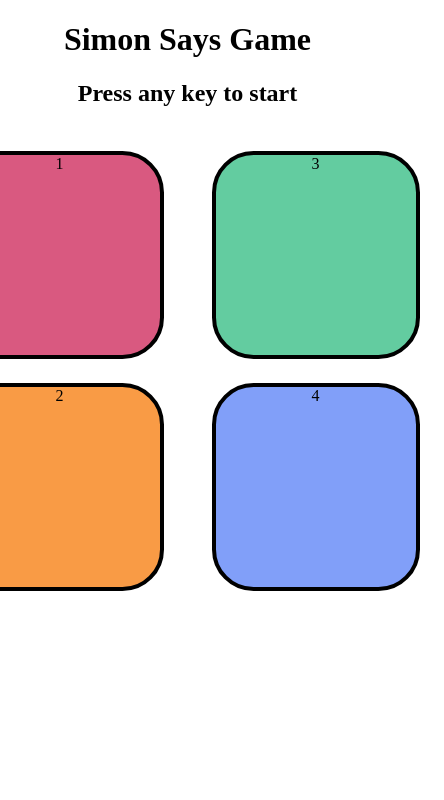
Repository: faizann09/Simon-Game
Page: simon.html
The author's editor kept a copy of each file at every save. The page is drawn from the files as they stood at one save, then again after the next save.
The browser window is 375 px wide. The page is 444 px wide, then 375 px, so the pictures cover 444 px, including what lies to the right of the window. The pictures show the whole page.

Above is the page before, as saved 2025-05-20 11:46:37.

After the next save:
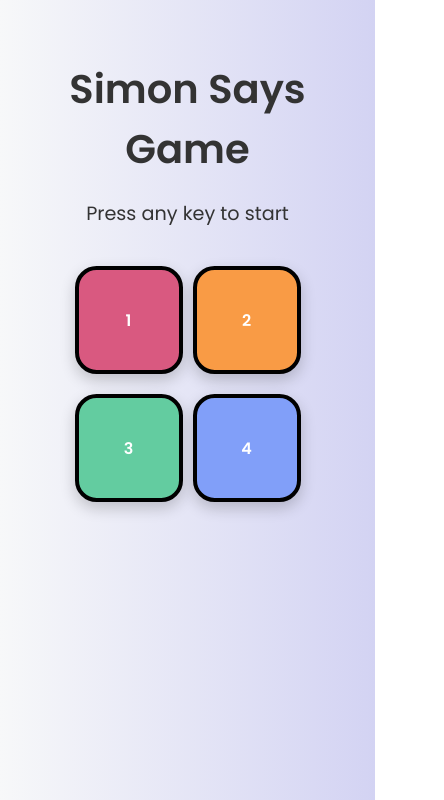
Saved 14 s later.
--- a/simon.css
+++ b/simon.css
@@ -1,34 +1,96 @@
-body{
-    text-align: center;
-}
-.btn {
-    height: 200px;
-    width: 200px;
-    border-radius: 20%;
-    border: 4px solid black;
-    margin: 1.5em;
-}
-.button-container{
-    display: flex;
-    justify-content: center;
-}
-.red{
-    background-color:#d95980 ;
-}
-.yellow{
-    background-color: #f99b45 ;
-}
-.green{
-    background-color:  #63cca0;
+/* Reset and Base Styling */
+body {
+  text-align: center;
+  font-family: 'Poppins', sans-serif;
+  background: linear-gradient(to right, #f7f8f9, #d3d3f3);
+  color: #333;
+  margin: 0;
+  padding: 2em;
 }
 
-.purple{
-    background-color: #819ff9;
+h1 {
+  font-size: 2.5rem;
+  margin-bottom: 0.5em;
+}
 
+h2 {
+  font-weight: 400;
+  font-size: 1.2rem;
+  margin-bottom: 2em;
 }
-.gameflash{
-    background-color: white;
+
+/* Button Grid */
+.button-container {
+  display: flex;
+  flex-direction: column;
+  align-items: center;
+  gap: 20px;
 }
-.userflash{
-    background-color: greenyellow;
+
+.line {
+  display: flex;
+  justify-content: center;
+  gap: 20px;
 }
+
+/* Game Buttons */
+.btn {
+  height: 150px;
+  width: 150px;
+  border-radius: 20%;
+  border: 4px solid black;
+  font-size: 1.5rem;
+  color: white;
+  font-weight: 600;
+  display: flex;
+  align-items: center;
+  justify-content: center;
+  box-shadow: 0 6px 15px rgba(0, 0, 0, 0.2);
+  transition: transform 0.2s ease, box-shadow 0.2s ease;
+  cursor: pointer;
+}
+
+.btn:hover {
+  transform: scale(1.05);
+  box-shadow: 0 8px 20px rgba(0, 0, 0, 0.3);
+}
+
+/* Colors */
+.red {
+  background-color: #d95980;
+}
+
+.yellow {
+  background-color: #f99b45;
+}
+
+.green {
+  background-color: #63cca0;
+}
+
+.purple {
+  background-color: #819ff9;
+}
+
+/* Flash Effects */
+.gameflash {
+  opacity: 0.5;
+}
+
+.userflash {
+  box-shadow: 0 0 20px 5px #00ff00;
+  transform: scale(1.1);
+}
+
+/* Responsive */
+@media (max-width: 600px) {
+  .btn {
+    height: 100px;
+    width: 100px;
+    font-size: 1rem;
+  }
+
+  .line {
+    gap: 10px;
+  }
+}
